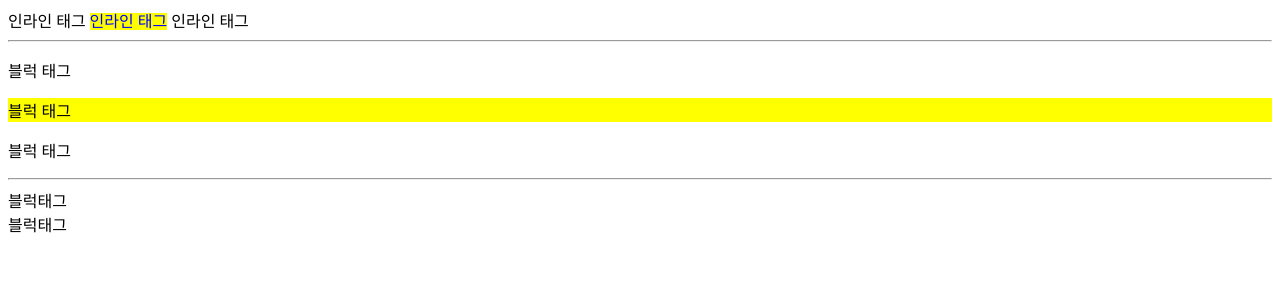
Repository: zzzzzzin/Client
Page: ClientTest/src/main/webapp/html/ex13_tag.html
These files come from the project's save history. The page is drawn as it stood at one moment and after the next save; the edit follows.
The browser window is 1280 px wide. The pictures show the whole page.

Above is the page before, as saved 2024-03-13 05:04:14.

After the next save:
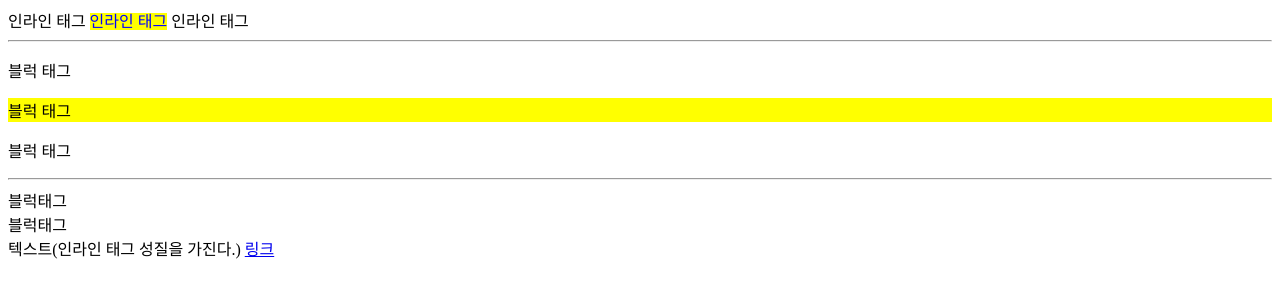
Saved 48 s later.
--- a/ClientTest/src/main/webapp/html/ex13_tag.html
+++ b/ClientTest/src/main/webapp/html/ex13_tag.html
@@ -51,8 +51,14 @@
 	<div>
 		블럭태그
 		<div>블럭태그</div>
+		텍스트(인라인 태그 성질을 가진다.)
+		<a href="#">링크</a>
 	</div>
 
+	<!-- span: 영역 > 인라인 -->
+	<span>
+
+	</span>
 
 
 
